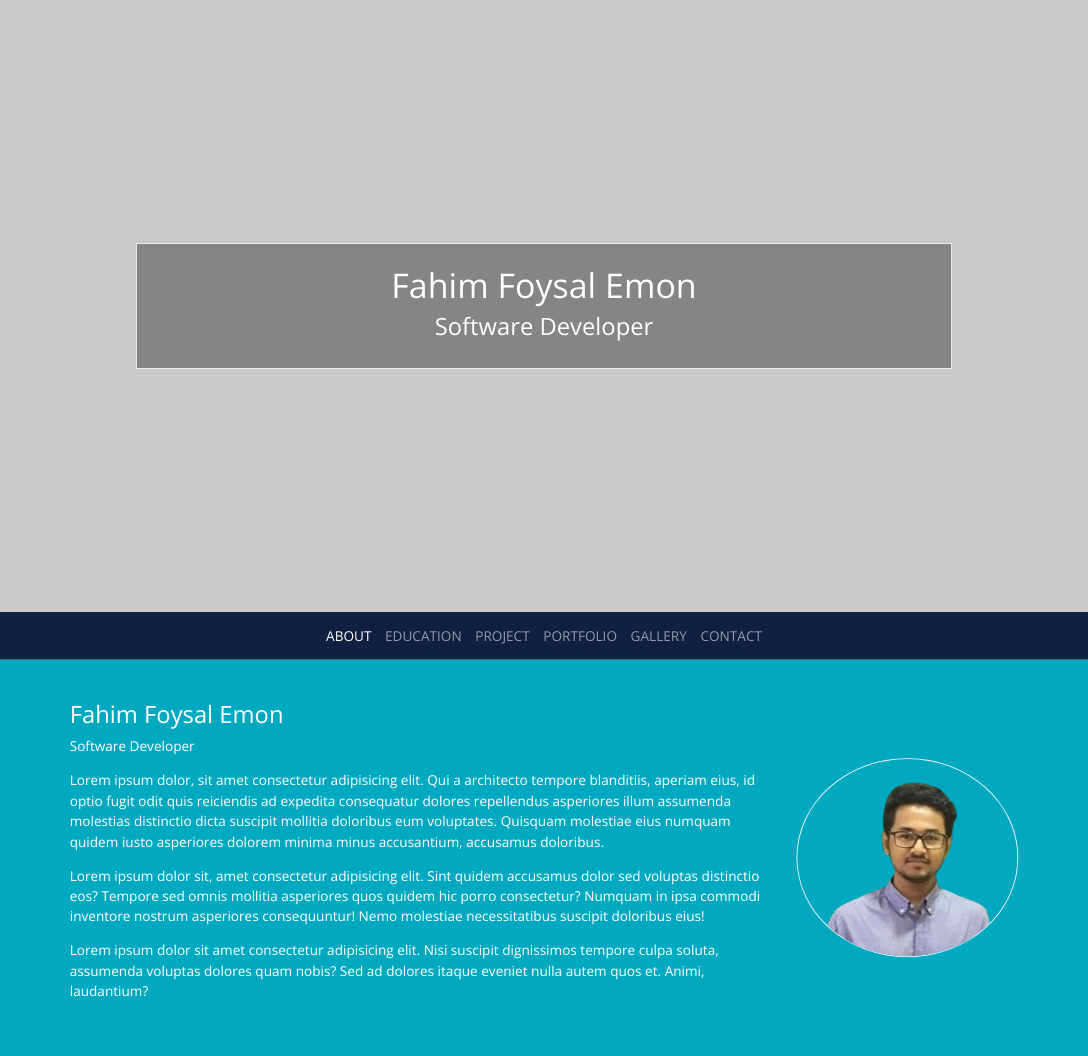
Repository: emowzz/emowzz.github.io
Page: index.html
The author's editor kept a copy of each file at every save. The page is drawn from the files as they stood at one save, then again after the next save.
The browser window is 1280 px wide. The pictures show the whole page, at 85% of full size.
Some web libraries are served in a nearby version.

Above is the page before, as saved 2021-03-17 18:34:23.

### index.html
<!doctype html>
<html lang="en">

<head>
  <!-- Required meta tags -->
  <meta charset="utf-8">
  <meta name="viewport" content="width=device-width, initial-scale=1">
  <link rel="shortcut icon" type="image/png" href="./Image/myImgZoom.jpg">
  <!-- Bootstrap CSS -->
  <link href="https://cdn.jsdelivr.net/npm/bootstrap@5.0.0-beta2/dist/css/bootstrap.min.css" rel="stylesheet"
    integrity="sha384-BmbxuPwQa2lc/FVzBcNJ7UAyJxM6wuqIj61tLrc4wSX0szH/Ev+nYRRuWlolflfl" crossorigin="anonymous">
  <link rel="preconnect" href="https://fonts.gstatic.com">
  <link href="https://fonts.googleapis.com/css2?family=Open+Sans:wght@300&display=swap" rel="stylesheet">
  <link rel="stylesheet" href="./CSS/style.css">


  <title>Hi There, I'm Fahim Foysal Emon!</title>

  <script src="https://kit.fontawesome.com/a076d05399.js" crossorigin="anonymous"></script>
</head>

<body>

  <!-- this is banner section -->
  <section class="banner-container container-fluid">
    <div class="row vh-100">
      <div class="col-md-9 banner-column m-auto text-center text-white p-4 border border-light">
        <h1 class="display:4 font-weight:bolder">Fahim Foysal Emon</h1>
        <h3>Software Developer</h3>
      </div>
    </div>
  </section>

  <!-- this is nav-bar section -->
  <nav class="navbar navbar-expand-lg navbar-dark navbar-container">
    <div class="container-fluid">
      <button class="navbar-toggler" type="button" data-bs-toggle="collapse" data-bs-target="#navbarSupportedContent"
        aria-controls="navbarSupportedContent" aria-expanded="false" aria-label="Toggle navigation">
        <span class="navbar-toggler-icon"></span>
      </button>
      <div class="collapse navbar-collapse" id="navbarSupportedContent">
        <ul class="navbar-nav m-auto mb-2 mb-lg-0">
          <li class="nav-item">
            <a class="nav-link active" aria-current="page" href="#About">ABOUT</a>
          </li>
          <li class="nav-item">
            <a class="nav-link" href="#Education">EDUCATION</a>
          </li>
          <li class="nav-item">
            <a class="nav-link" href="#Project">PROJECT</a>
          </li>
          <li class="nav-item">
            <a class="nav-link" href="#Portfolio">PORTFOLIO</a>
          </li>
          <li class="nav-item">
            <a class="nav-link" href="#Gallery">GALLERY</a>
          </li>
          <li class="nav-item">
            <a class="nav-link" href="#Contact">CONTACT</a>
          </li>
        </ul>
      </div>
    </div>
  </nav>

  <!-- this is about section -->
  <div class="about-container" id="About">
    <div class="container">
      <div class="row align-items-center justify-content-center">
        <div class="col-md-9 py-5 text-white">
          <h3>Fahim Foysal Emon</h3>
          <p>Software Developer</p>
          <p>Lorem ipsum dolor, sit amet consectetur adipisicing elit. Qui a architecto tempore blanditiis, aperiam
            eius, id optio fugit odit quis reiciendis ad expedita consequatur dolores repellendus asperiores illum
            assumenda molestias distinctio dicta suscipit mollitia doloribus eum voluptates. Quisquam molestiae eius
            numquam quidem iusto asperiores dolorem minima minus accusantium, accusamus doloribus.</p>
          <p>Lorem ipsum dolor sit, amet consectetur adipisicing elit. Sint quidem accusamus dolor sed voluptas
            distinctio eos? Tempore sed omnis mollitia asperiores quos quidem hic porro consectetur? Numquam in ipsa
            commodi inventore nostrum asperiores consequuntur! Nemo molestiae necessitatibus suscipit doloribus eius!
          </p>
          <p>
            Lorem ipsum dolor sit amet consectetur adipisicing elit. Nisi suscipit dignissimos tempore culpa soluta,
            assumenda voluptas dolores quam nobis? Sed ad dolores itaque eveniet nulla autem quos et. Animi, laudantium?
          </p>
        </div>

        <div class="col-md-3">
          <img src="/Image/myImg.png" alt="" class="img-fluid border rounded-circle border-light">
        </div>
      </div>
    </div>
  </div>

  <!-- this is education section -->
  <div class="education-container">

  </div>

  <!-- Optional JavaScript; choose one of the two! -->

  <!-- Option 1: Bootstrap Bundle with Popper -->
  <script src="https://cdn.jsdelivr.net/npm/bootstrap@5.0.0-beta2/dist/js/bootstrap.bundle.min.js"
    integrity="sha384-b5kHyXgcpbZJO/tY9Ul7kGkf1S0CWuKcCD38l8YkeH8z8QjE0GmW1gYU5S9FOnJ0"
    crossorigin="anonymous"></script>

  <!-- Option 2: Separate Popper and Bootstrap JS -->
  <!--
    <script src="https://cdn.jsdelivr.net/npm/@popperjs/core@2.6.0/dist/umd/popper.min.js" integrity="sha384-KsvD1yqQ1/1+IA7gi3P0tyJcT3vR+NdBTt13hSJ2lnve8agRGXTTyNaBYmCR/Nwi" crossorigin="anonymous"></script>
    <script src="https://cdn.jsdelivr.net/npm/bootstrap@5.0.0-beta2/dist/js/bootstrap.min.js" integrity="sha384-nsg8ua9HAw1y0W1btsyWgBklPnCUAFLuTMS2G72MMONqmOymq585AcH49TLBQObG" crossorigin="anonymous"></script>
    -->
</body>

</html>

### CSS/style.css
body {
    font-family: 'Open Sans', sans-serif;
}


.banner-container {
    background-color: #CACACA;
}

.banner-column {
    background-color: #868486;
}

.navbar-container {
    background-color: #102040;
}

.about-container {
    background-color: #00A9C0;
}

.education-container {
    background-color: #CDCCCE;
}

.bg-redType {
    background-color: #d36959;
}

.bg-redType-color {
    color: #FF907E;
}

After the next save:
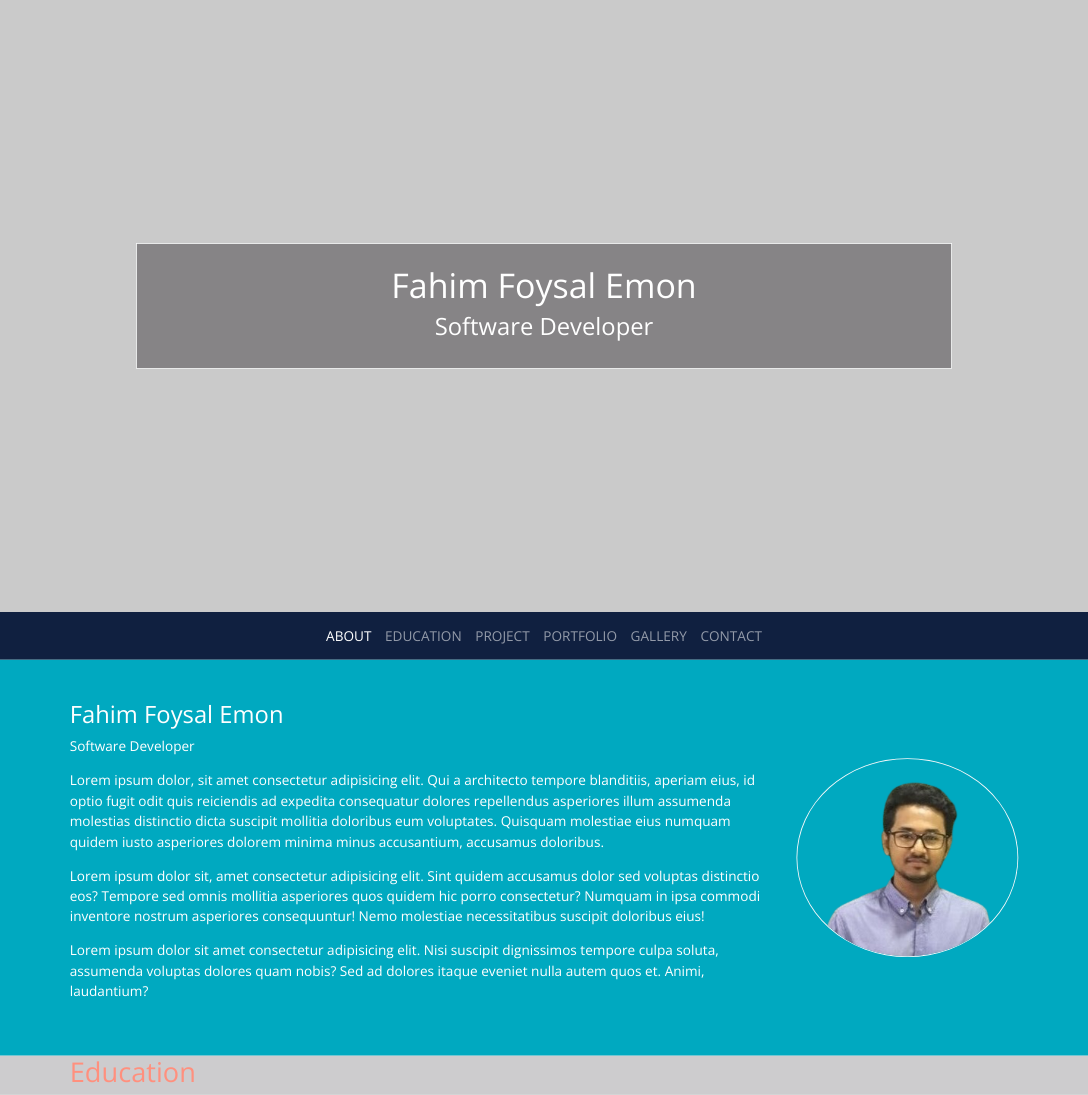
Saved 60 s later.
--- a/index.html
+++ b/index.html
@@ -93,7 +93,15 @@
 
   <!-- this is education section -->
   <div class="education-container">
-
+    <div class="container">
+      <div class="row">
+        <div class="col">
+          <h2 class="bg-redType-color">
+            Education
+          </h2>
+        </div>
+      </div>
+    </div>
   </div>
 
   <!-- Optional JavaScript; choose one of the two! -->
